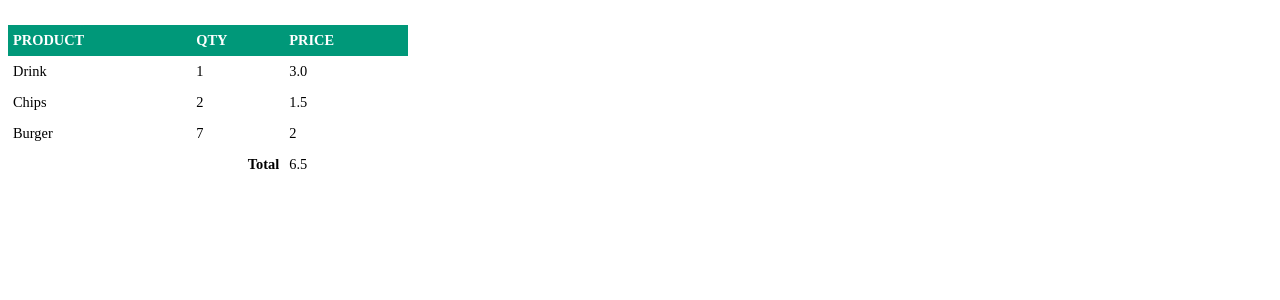
Repository: linas-dev/HTML-CSS-Projects
Page: Basic_HTML_and_CSS/HTML_Table.html
The author's editor kept a copy of each file at every save. The page is drawn from the files as they stood at one save, then again after the next save.
The browser window is 1280 px wide. The pictures show the whole page.

Above is the page before, as saved 2021-05-30 10:18:57.

### Basic_HTML_and_CSS/HTML_Table.html
<!DOCTYPE html>
<html lang="en">
<head>
    <meta charset="UTF-8">
    <meta http-equiv="X-UA-Compatible" content="IE=edge">
    <meta name="viewport" content="width=device-width, initial-scale=1.0">
    <link rel="stylesheet" href="Basic_CSS_2.css">
    <title>Document</title>
</head>
<body>
    <table class="table">
        <thead>
            <tr>
                <td><b>PRODUCT</b></td>
                <td><b>QTY</b></td>
                <td><b>PRICE</b></td>
            </tr>
        </thead>
        <tbody>
            <tr>
                <td>Drink</td>
                <td>1</td>
                <td>3.0</td>
            </tr>
            <tr>
                <td>Chips</td>
                <td>2</td>
                <td>1.5</td>
            </tr>
            <tr>
                <td>Burger</td>
                <td>7</td>
                <td>2</td>
            </tr>
        </tbody>
        <tfoot>
            <tr>
                <td colspan="2" align="right"><b>Total</b></td>
                <td>6.5</td>
            </tr>
        </tfoot>
</body>
</html>

### Basic_HTML_and_CSS/Basic_CSS_2.css
p {
    color: #2E5757;
    background: #F0DFEE;
    font-weight: bolder;
    text-align: right;
}

.table {
    border-collapse: collapse;
    margin: 25px 0;
    font-size: 0.9em;
    min-width: 400px;
}

.table thead tr {
    background-color: #009879;
    color: #fff;
    text-align: left;
    font-weight: bold;
}

.table th, .table td {
    padding: 7px 5px;
}

.table tbody tr {
    border-bottom;: 1px solid #dddddd;
}

After the next save:
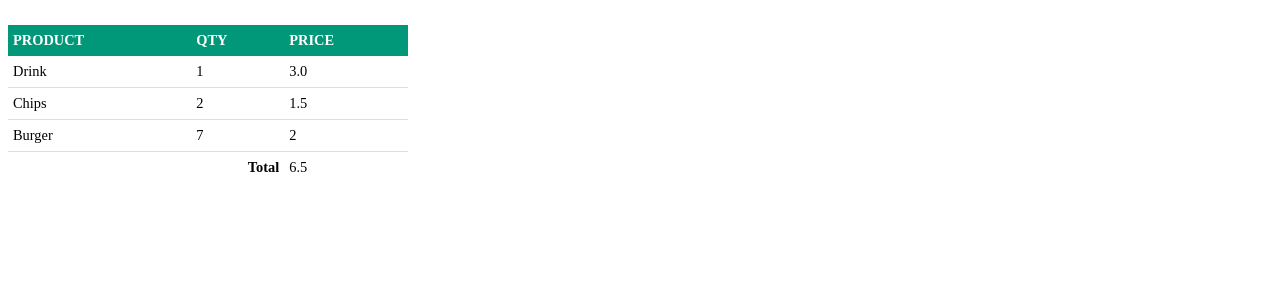
Saved 15 s later.
--- a/Basic_HTML_and_CSS/Basic_CSS_2.css
+++ b/Basic_HTML_and_CSS/Basic_CSS_2.css
@@ -24,5 +24,5 @@ p {
 }
 
 .table tbody tr {
-    border-bottom;: 1px solid #dddddd;
+    border-bottom: 1px solid #dddddd;
 }
